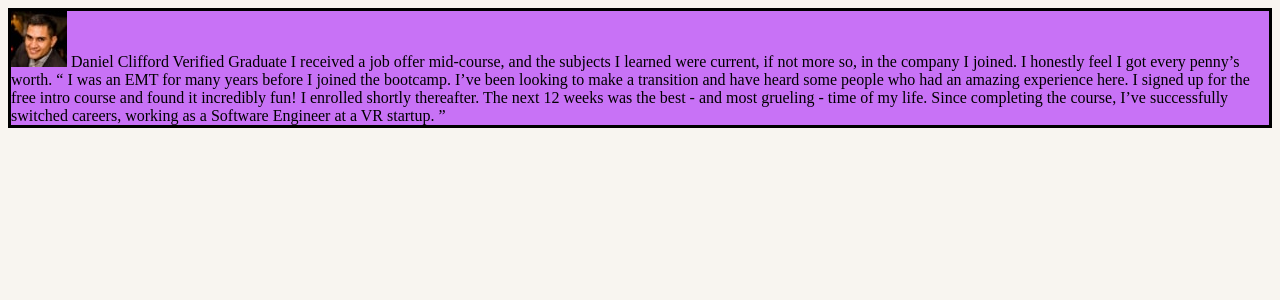
Repository: MagedElRefaey/Grid-Project
Page: Task.html
These files come from the project's save history. The page is drawn as it stood at one moment and after a run of saves; the edit follows.
The browser window is 1280 px wide. The pictures show the whole page.

Above is the page before, as saved 2024-09-13 19:38:40.

### Task.html
<!DOCTYPE html>
<html lang="en">
<head>
    <link rel ="stylesheet" href="./Style.css">
    <meta charset="UTF-8">
    <meta name="viewport" content="width=device-width, initial-scale=1.0">
    <title>Document</title>
</head>
<body>
    <div class="Container">
        <div class="David"> <img src = "images/image-daniel.jpg"> Daniel Clifford
            Verified Graduate

            I received a job offer mid-course, and the subjects I learned were current, if not more so,
            in the company I joined. I honestly feel I got every penny’s worth.

            “ I was an EMT for many years before I joined the bootcamp. I’ve been looking to make a
            transition and have heard some people who had an amazing experience here. I signed up
            for the free intro course and found it incredibly fun! I enrolled shortly thereafter.
            The next 12 weeks was the best - and most grueling - time of my life. Since completing
            the course, I’ve successfully switched careers, working as a Software Engineer at a VR startup. ”</div>
        <div class="Jonathan"> </div>
        <div class="Kira"> </div>
        <div class="Jeantette"> </div>
        <div class="Patrick"> </div>
    </div>
</body>
</html>

### Style.css
body{
    background-color: rgb(248, 245, 240);
}

.David{
    height: 100%;
    border: 3px solid black;
    background-color: #a30bfc8e;
}

After the next 4 saves:
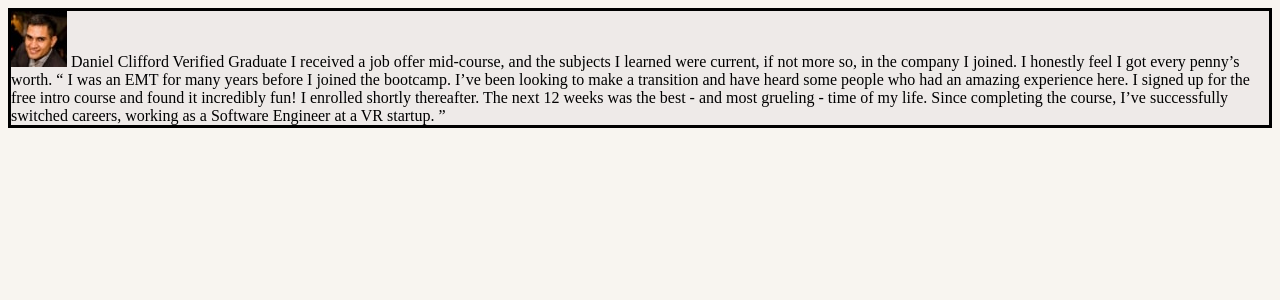
The 4 saves are shown as one change because they came seconds apart.
The last was saved 12 s later.
--- a/Style.css
+++ b/Style.css
@@ -5,5 +5,5 @@ body{
 .David{
     height: 100%;
     border: 3px solid black;
-    background-color: #a30bfc8e;
+    background-color: #28043d0c;
 }
